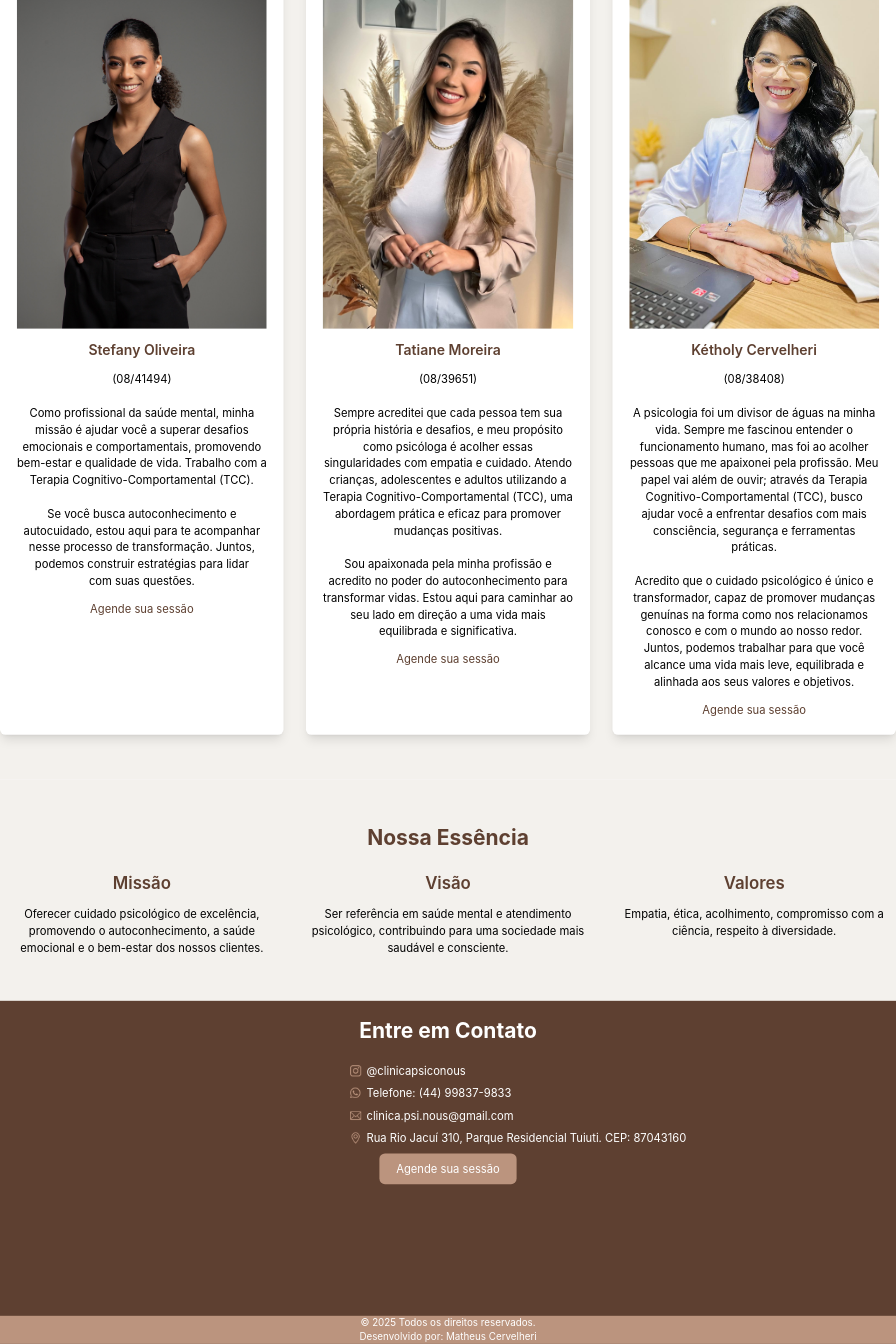
Repository: Mcervelheri/Nous
Page: /
The author's editor kept a copy of each file at every save. The page is drawn from the files as they stood at one save, then again after the next save.
The browser window is 1280 px wide. The pictures show the part of the page from y = 1614 to 3534 px (the page is 3534 px tall before and 3462 px after), at 70% of full size.
Pictures or frames that could not be fetched are drawn as grey boxes. The project was rebuilt for these pictures with package versions that can differ from the ones it lists, and the page was loaded fresh each time. Also part of the build but not shown: vite.config.js.

Above is the page before, as saved 2025-03-05 14:17:47.

After the next save:
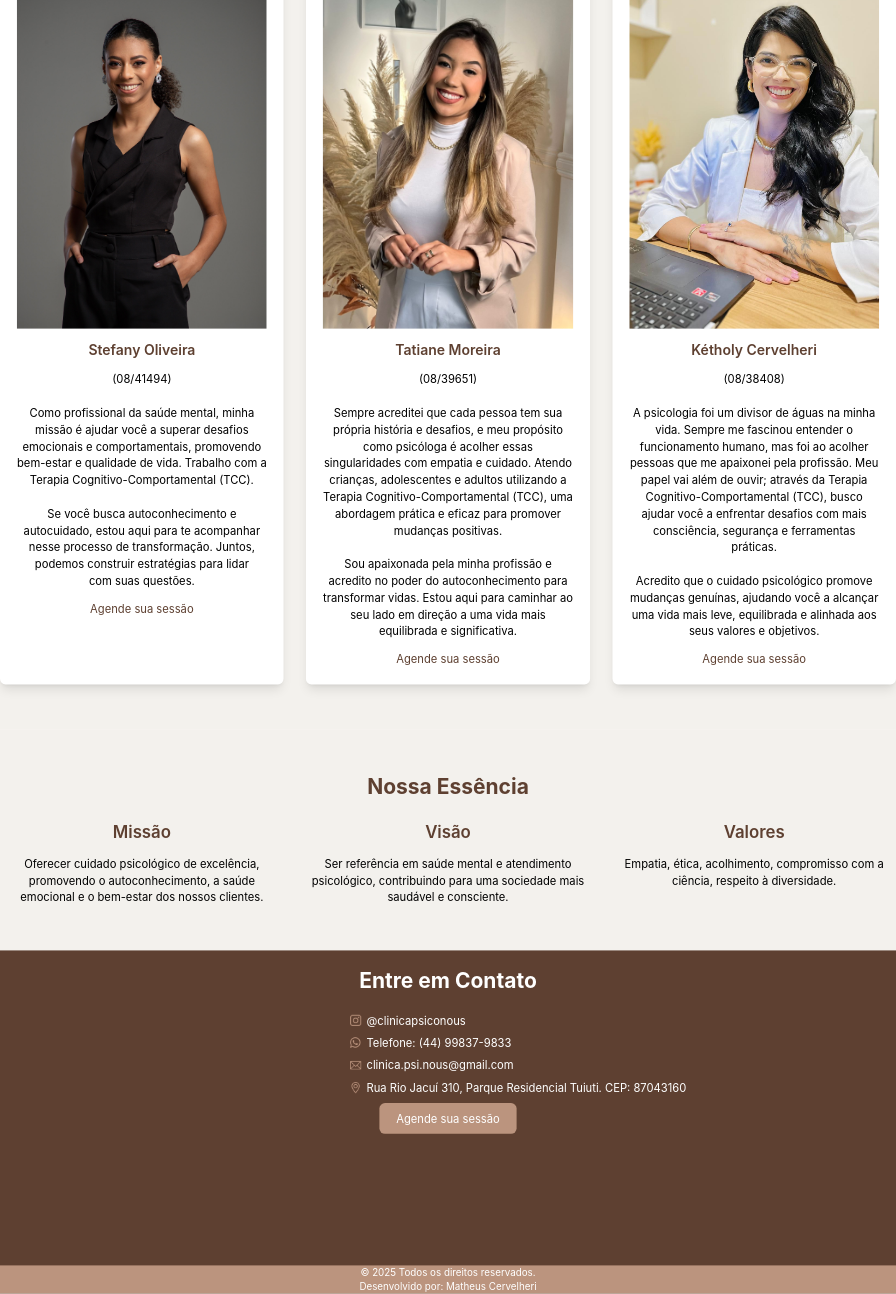
Saved 16 s later.
--- a/src/components/ProfessionalsData.jsx
+++ b/src/components/ProfessionalsData.jsx
@@ -28,7 +28,7 @@ const professionalsData = [
     text1:
       "A psicologia foi um divisor de águas na minha vida. Sempre me fascinou entender o funcionamento humano, mas foi ao acolher pessoas que me apaixonei pela profissão. Meu papel vai além de ouvir; através da Terapia Cognitivo-Comportamental (TCC), busco ajudar você a enfrentar desafios com mais consciência, segurança e ferramentas práticas.",
     text2:
-      "Acredito que o cuidado psicológico é único e transformador, capaz de promover mudanças genuínas na forma como nos relacionamos conosco e com o mundo ao nosso redor. Juntos, podemos trabalhar para que você alcance uma vida mais leve, equilibrada e alinhada aos seus valores e objetivos.",
+      "Acredito que o cuidado psicológico promove mudanças genuínas, ajudando você a alcançar uma vida mais leve, equilibrada e alinhada aos seus valores e objetivos.",
   },
 ];
 
